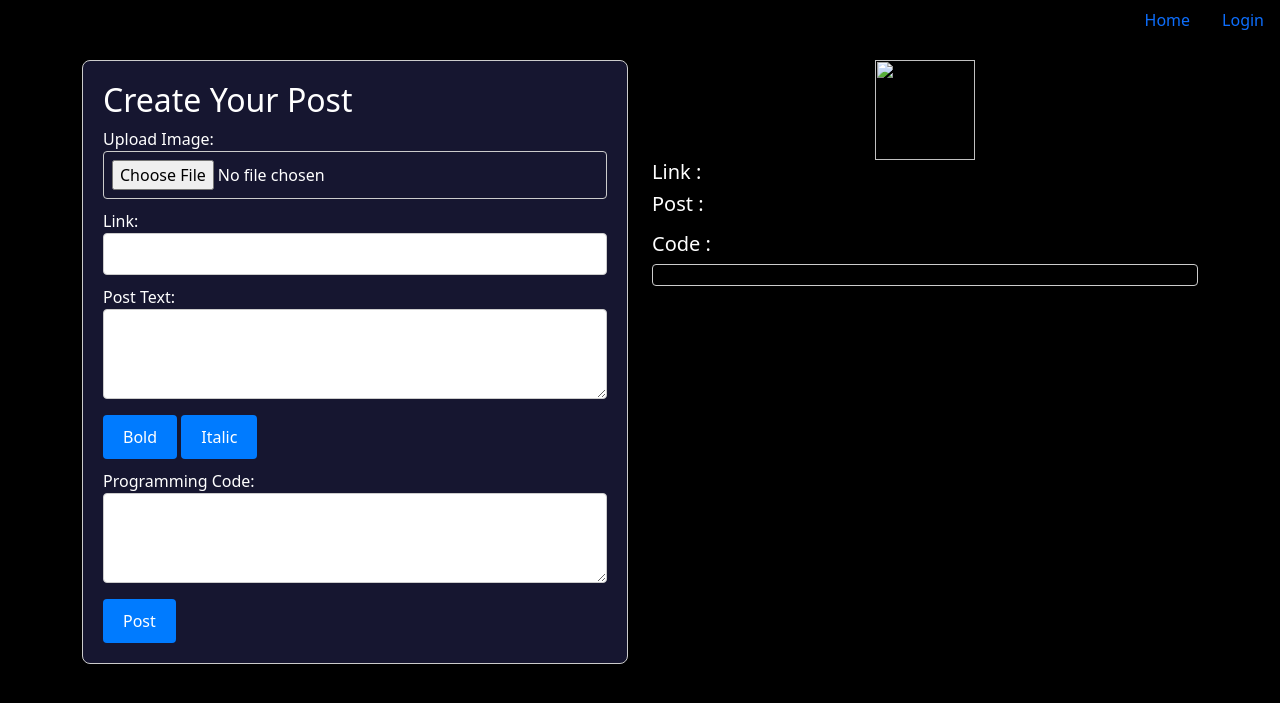
Repository: jaseem1999/sdCommunity
Page: http://localhost/sdCommunity/UserPost.jsp
An editor plug-in stored every save of this project. The page is shown before and after the next save, followed by the edit.
The browser window is 1280 px wide. The pictures show the whole page.
The page is served by Tomcat 9.

Above is the page before, as saved 2023-09-29 15:16:20.

After the next save:
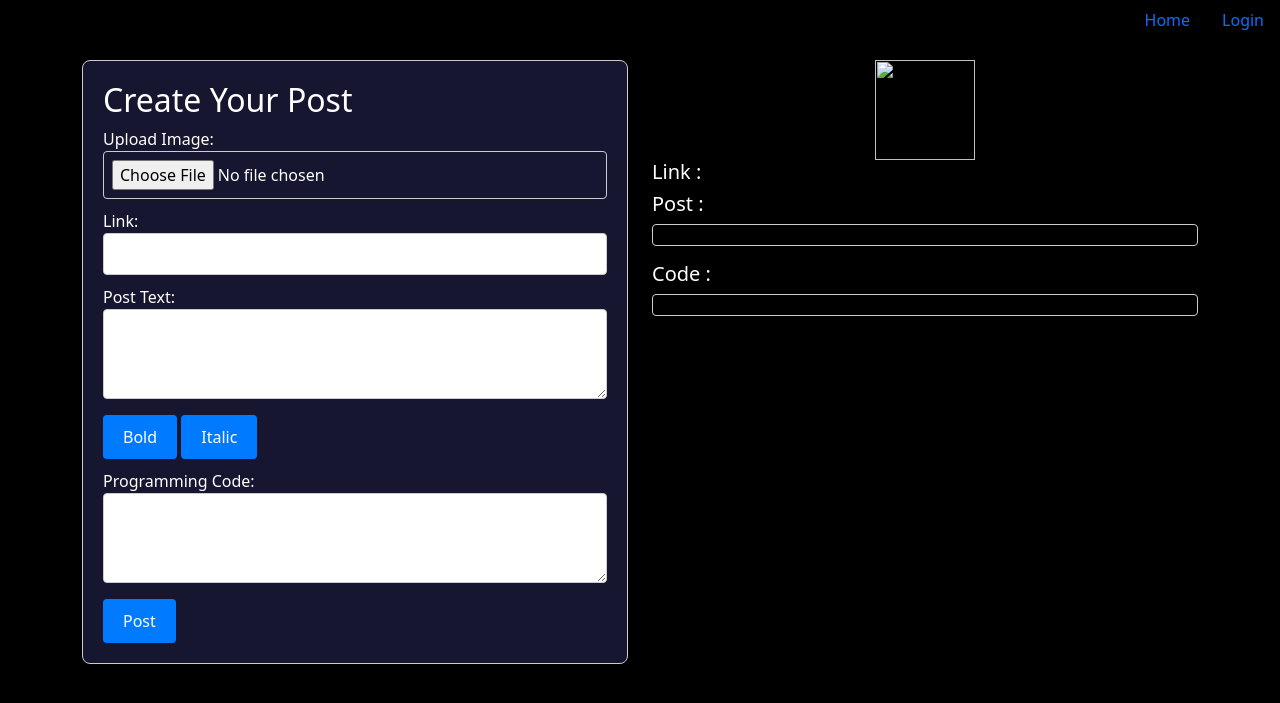
Saved 30 s later.
--- a/sdCommunity/src/main/webapp/UserPost.jsp
+++ b/sdCommunity/src/main/webapp/UserPost.jsp
@@ -74,7 +74,7 @@ String position = (String) session.getAttribute("position");
 	#center{
 		text-align: center;
 	}
-	#showCode {
+	#showCode, #showText, #showCode {
 		    background-color: black;
 		    border: 1px solid #ccc;
 		    border-radius: 4px;
